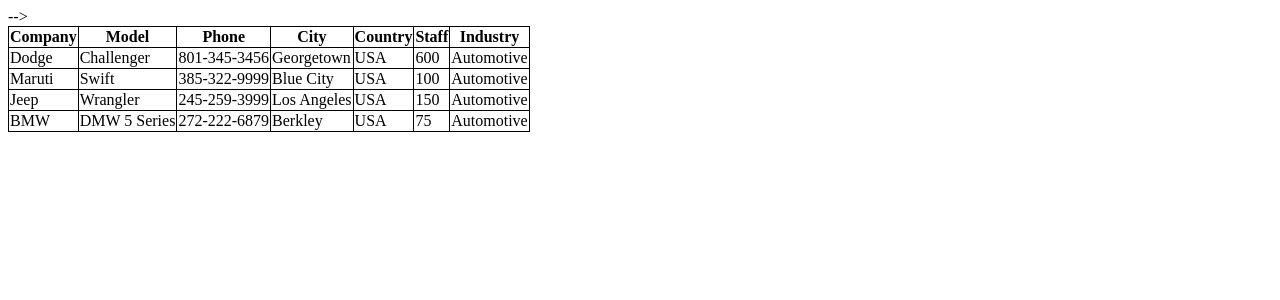
Repository: vgoins-RA2022/HTML-2
Page: index.html
These files come from the project's save history. The page is drawn as it stood at one moment and after the next save; the edit follows.
The browser window is 1280 px wide. The pictures show the whole page.

Above is the page before, as saved 2023-01-10 21:53:05.

After the next save:
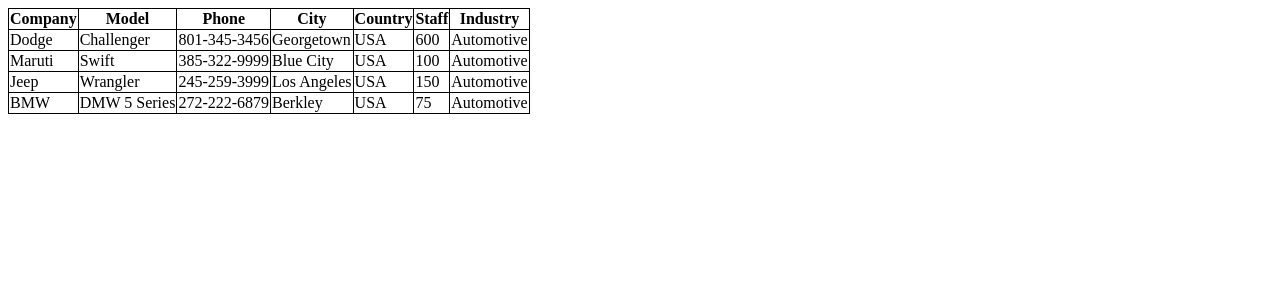
Saved 6 s later.
--- a/index.html
+++ b/index.html
@@ -9,7 +9,7 @@
 </head>
 
 <body>
-  <table>    -->
+  <table>
     <thead>
       <tr>
         <th>Company</th>
